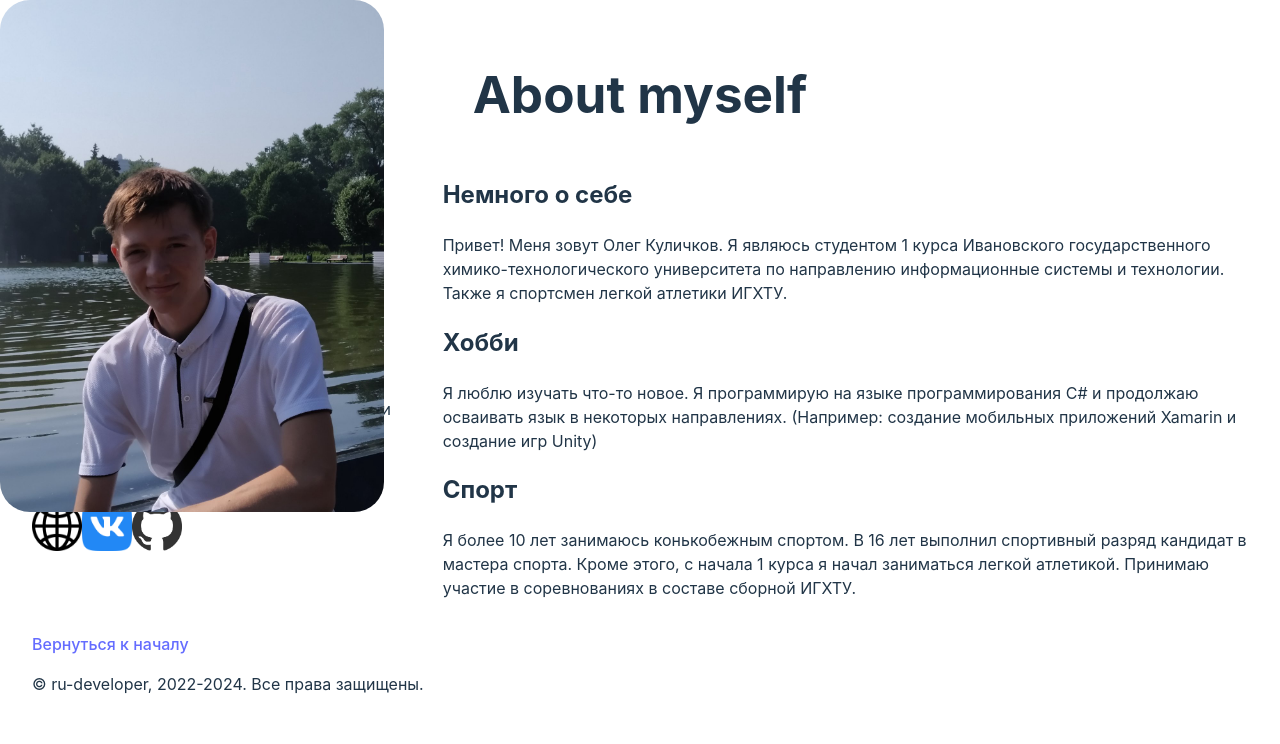
Repository: HubOl01/my_profile
Page: /
The author's editor kept a copy of each file at every save. The page is drawn from the files as they stood at one save, then again after the next save.
The browser window is 1280 px wide. The pictures show the whole page.
The project was rebuilt for these pictures with package versions that can differ from the ones it lists, and the page was loaded fresh each time. Also part of the build but not shown: vite.config.ts.

Above is the page before, as saved 2024-03-06 08:41:12.

### src/App.tsx
import { Grid } from '@mui/material'
import './App.css'
import Common from './components/center/Common'
import Footer from './components/footer/Footer'
import Header from './components/header/Header'
import LeftBar from './components/left/LeftBar'


function App() {

  return (
    <>
      <Header />
      <Grid container spacing={2}>
        <Grid item xs={4}>
          <LeftBar />
        </Grid>
        <Grid item xs>
          <Common />
        </Grid>
      </Grid>
      <Footer />
    </>
  )
}

export default App

### src/App.css
#root {
  max-width: 1280px;
  margin: 0 auto;
  padding: 2rem;
  /* text-align: center; */
}
.logo:hover {
  filter: drop-shadow(0 0 2em #646cffaa);
}
.logo.react:hover {
  filter: drop-shadow(0 0 2em #61dafbaa);
}

@keyframes logo-spin {
  from {
    transform: rotate(0deg);
  }
  to {
    transform: rotate(360deg);
  }
}

@media (prefers-reduced-motion: no-preference) {
  a:nth-of-type(2) .logo {
    animation: logo-spin infinite 20s linear;
  }
}

.card {
  padding: 2em;
}

.read-the-docs {
  color: #888;
}

### src/components/center/Common.tsx
import React from 'react'

export default function Common() {
  return (
    <div className="Text">
      <h2>Немного о себе</h2>
      <p>
        Привет! Меня зовут Олег Куличков. Я являюсь студентом 1 курса
        Ивановского государственного химико-технологического университета по
        направлению информационные системы и технологии. Также я спортсмен
        легкой атлетики ИГХТУ.
      </p>
      <h2>Хобби</h2>
      <p>
        Я люблю изучать что-то новое. Я программирую на языке программирования
        C# и продолжаю осваивать язык в некоторых направлениях. (Например:
        создание мобильных приложений Xamarin и создание игр Unity)
      </p>
      <h2>Спорт</h2>
      <p>
        Я более 10 лет занимаюсь конькобежным спортом. В 16 лет выполнил
        спортивный разряд кандидат в мастера спорта. Кроме этого, с начала 1
        курса я начал заниматься легкой атлетикой. Принимаю участие в
        соревнованиях в составе сборной ИГХТУ.
      </p>
    </div>
  )
}

### src/components/footer/Footer.tsx
import React from 'react'

export default function Footer() {
  return (
    <footer className="text-muted">
    <div className="container">
      <p className="float-right">
        <a href="#">Вернуться к началу</a>
      </p>
      <p className="footer-text">© ru-developer, 2022-{(new Date()).getFullYear()}. Все права защищены.</p>
    </div>
  </footer>
  )
}

### src/components/header/Header.tsx
import './Header.style.scss'

export default function Header() {
  return (
    <header>
      <div>
        <h1>About myself</h1>
      </div>
    </header>
  )
}

### src/components/left/LeftBar.tsx
import './LeftBar.style.scss'
import about from '../../assets/images/About.jpg'
import isuct from '../../assets/images/isuct.png'
import web from '../../assets/images/web.png'
import vk from '../../assets/images/vk.png'
import github from '../../assets/images/GitHub.png'

const LeftBar = () => {
  return (
    <>
      <div>
        <a title="Куличков Олег" href="https://vk.com/oleg01f">
          <img
            alt="about"
            src={about}
            // width={400}

            // backgroundSize: 'contain'
            style={{
              borderRadius: '30px',
              display: 'flex',
              position: "absolute",
              // position: "absolute",
              left: 0,
              top: 0,
              width: "30%", //auto
              // maxWidth:"100%"
              // objectFit: "scale-down"
              // backgroundSize: 'contain',
              // backgroundRepeat: 'no-repeat'
            }}
            data-holder-rendered="true"
          />
        </a>
        <div>
          <p>
            <b>Куличков Олег Павлович</b>
          </p>
          <p>
            <span >День рождения:</span> 8 декабря 2002
          </p>
          <p>
            <span className="text-format">Город:</span> Иваново
          </p>
          <p>
            Студент ИГХТУ
            <img
              className="isuct"
              alt="ISUCT"
              src={isuct}
              width={20}
            // data-holder-rendered="true"
            />
          </p>
          <p>
            <span className="text-format">Факультет:</span> Факультет техники,
            управления и цифровой инфраструктуры
          </p>
          <p>
            <span className="text-format">Специальность:</span> Информационные
            системы и технологии
          </p>
          <p style={{
            "textAlign": "center"
          }}>
            <span className="text-format" >Социальные сети</span>
          </p>
          <div className="websites" style={{
            "textAlign": "center",
            "display": "inline-flex",
            "justifyContent": "center"
          }}>
            <div className="web1">
              <a
                href="mailto:kuloleg54@gmail.com?subject=Вопрос от подписчика"
                title="Email"
              >
                <img
                  className="img-icon"
                  alt="Email"
                  src={web}
                  width={40}
                />
              </a>
            </div>
            <div className="web2">
              <a href="https://vk.com/oleg01f" title="Vk">
                <img
                  className="img-icon"
                  alt="Vk"
                  src={vk}
                  width={20}
                />
              </a>
            </div>
            <div className="web3">
              <a href="https://github.com/HubOl01" title="GitHub">
                <img
                  className="img-icon"
                  alt="GitHub"
                  src={github}
                  width={20}
                />
              </a>
            </div>
          </div>
        </div>
      </div>
    </>
  )
}

export default LeftBar

### src/components/left/LeftBar.style.scss
.img-icon{
    width: 50px;
    height: 50px;
}
div{
    display: "flex";
}

Loaded but not shown: index.html (common file); src/main.tsx (common file); src/index.css (common file); src/components/header/Header.style.scss (common file)

After the next save:
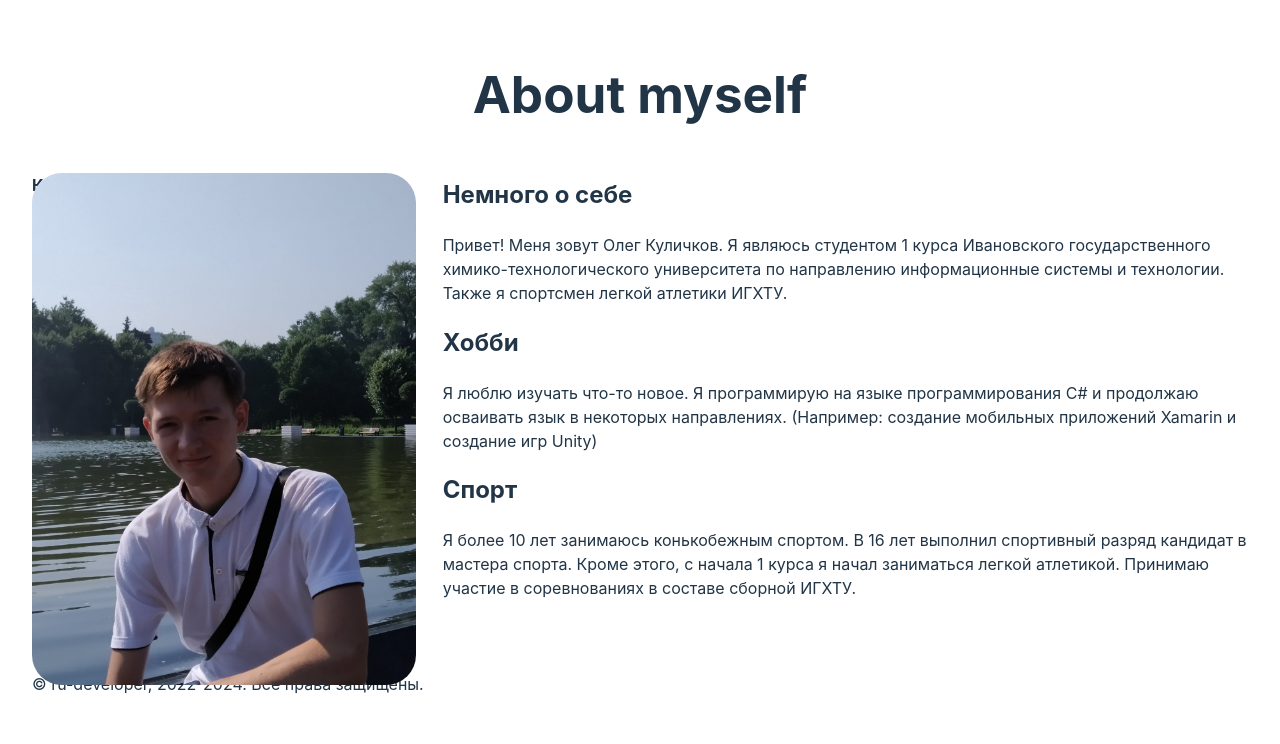
Saved 4 s later.
--- a/src/components/left/LeftBar.tsx
+++ b/src/components/left/LeftBar.tsx
@@ -21,8 +21,8 @@ const LeftBar = () => {
               display: 'flex',
               position: "absolute",
               // position: "absolute",
-              left: 0,
-              top: 0,
+              // left: 0,
+              // top: 0,
               width: "30%", //auto
               // maxWidth:"100%"
               // objectFit: "scale-down"
